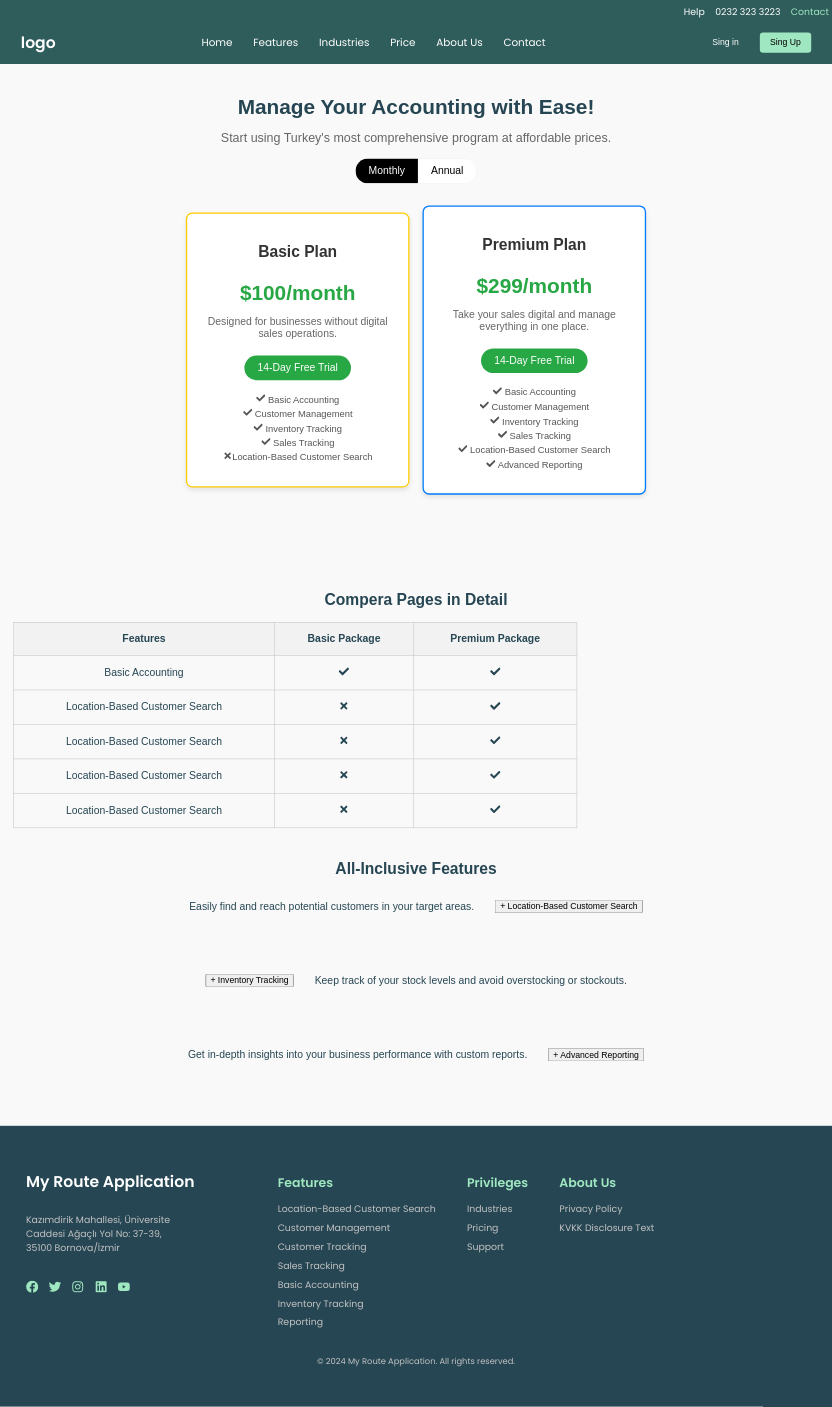
Repository: senolinanyasar/myrouteapplication
Page: /pricing
The author's editor kept a copy of each file at every save. The page is drawn from the files as they stood at one save, then again after the next save.
The browser window is 1280 px wide. The pictures show the whole page, at 65% of full size.
The project was rebuilt for these pictures with package versions that can differ from the ones it lists, and the page was loaded fresh each time. Also part of the build but not shown: vite.config.js, src/components/HeroSection.css, src/components/HeroSection.js, src/components/FeaturesSection.js, src/components/PricingSection.css, src/components/PricingSection.js, src/components/SupportSection.css, src/components/SupportSection.js and 3 more.

Above is the page before, as saved 2024-11-16 21:43:47.

### src/index.css
@import url('https://fonts.googleapis.com/css2?family=Poppins:wght@400;600&display=swap');

body {
  font-family: 'Poppins', sans-serif;
  color: #264653;
  background-color: #f1faee;
  margin: 0;
  padding: 0;
  box-sizing: border-box;
}

code {
  font-family: source-code-pro, Menlo, Monaco, Consolas, 'Courier New',
    monospace;
}

### src/App.js
import React from 'react';
import { BrowserRouter as Router, Route, Routes } from 'react-router-dom';
import Header from './components/Header';
import HomePage from './components/HomePage';
import PricingPage from './components/PricingPage';
import TopBar from './components/TopBar';
import Footer from './components/Footer';


function App() {
  return (
    <Router>
      <TopBar/>
      <Header />
      <Routes>
        <Route path='/' element={<HomePage />} />
        <Route path='/pricing' element={<PricingPage />} />

      </Routes>
      <Footer/>
    </Router>

  );
}

export default App;

### src/components/Header.js
// Header.js
import React from 'react';
import './Header.css';
import { Link } from 'react-router-dom';

const Header = () => {
    return (
        <header className="header">
            <div className="header-logo">logo</div>
            <nav className="header-nav">

                    <Link to="/">Home</Link>
                    <Link to="/features">Features</Link>
                    <Link to="/industries">Industries</Link>
                    <Link to="/pricing">Price</Link>
                    <Link to="/aboutus">About Us</Link>
                    <Link to="/contact">Contact</Link>



            </nav>
            <div className="header-buttons">
                <button className="login-button">Sing in</button>
                <button className="register-button">Sing Up</button>
            </div>
        </header>
    );
};


export default Header;

### src/components/PricingPage.js
// PricingPage.js

import React, { useState } from "react";
import './PricingPage.css';
import { FaCheck, FaTimes } from "react-icons/fa";


const PricingPage = () => {
    const [isAnnual, setIsAnnual] = useState(false);

    return (
        <section className="pricing-page">
            <div className="pricing-header">
                <h1>Manage Your Accounting with Ease!</h1>
                <p>Start using Turkey's most comprehensive program at affordable prices.</p>
                <div className="toggle-buttons">
                    <button
                        className={`toggle-btn ${!isAnnual ? "active" : ""}`}
                        onClick={() => setIsAnnual(false)}
                    >
                        Monthly
                    </button>
                    <button
                        className={`toggle-btn ${isAnnual ? "active" : ""}`}
                        onClick={() => setIsAnnual(true)}
                    >
                        Annual
                    </button>
                </div>
            </div>
            <div className="pricing-plans">
                <div className="plan basic-plan">
                    <h3>Basic Plan</h3>
                    <p className="price">
                        {isAnnual ? "$1,000/year" : "$100/month"}
                    </p>
                    <p className="subtext">
                        Designed for businesses without digital sales operations.
                    </p>
                    <button className="try-button">14-Day Free Trial</button>
                    <ul>
                        <li><FaCheck /> Basic Accounting</li>
                        <li><FaCheck /> Customer Management</li>
                        <li><FaCheck /> Inventory Tracking</li>
                        <li><FaCheck /> Sales Tracking</li>
                        <li><FaTimes className="not-included" />Location-Based Customer Search</li>
                    </ul>
                </div>
                <div className="plan premium-plan">
                    <h3>Premium Plan</h3>
                    <p className="price">
                        {isAnnual ? "$3,000/year" : "$299/month"}
                    </p>
                    <p className="subtext">
                        Take your sales digital and manage everything in one place.
                    </p>
                    <button className="try-button">14-Day Free Trial</button>

                    <ul>
                        <li><FaCheck /> Basic Accounting</li>
                        <li><FaCheck /> Customer Management</li>
                        <li><FaCheck /> Inventory Tracking</li>
                        <li><FaCheck /> Sales Tracking</li>
                        <li><FaCheck /> Location-Based Customer Search</li>
                        <li><FaCheck /> Advanced Reporting</li>
                    </ul>
                </div>
            </div>


            <div className="comparison-table">
                <h2>Compera Pages in Detail</h2>
                <table>
                    <thead>
                        <tr>
                            <th>Features</th>
                            <th>Basic Package</th>
                            <th>Premium Package</th>
                        </tr>
                    </thead>
                    <tbody>
                        <tr>
                            <td>Basic Accounting</td>
                            <td><FaCheck /></td>
                            <td><FaCheck /></td>
                        </tr>
                        <tr>
                            <td>Location-Based Customer Search</td>
                            <td><FaTimes className="not-included" /></td>
                            <td><FaCheck /></td>
                        </tr>
                        <tr>
                            <td>Location-Based Customer Search</td>
                            <td><FaTimes className="not-included" /></td>
                            <td><FaCheck /></td>
                        </tr>
                        <tr>
                            <td>Location-Based Customer Search</td>
                            <td><FaTimes className="not-included" /></td>
                            <td><FaCheck /></td>
                        </tr>
                        <tr>
                            <td>Location-Based Customer Search</td>
                            <td><FaTimes className="not-included" /></td>
                            <td><FaCheck /></td>
                        </tr>
                    </tbody>
                </table>
            </div>

            <div className="features-expand">
                <h2> All-Inclusive Features</h2>
                <div className="feature">
                    <button className="feature-toggle">+ Location-Based Customer Search</button>
                    <p className="feature-description">Easily find and reach potential customers in your target areas.</p>
                </div>
                <div className="feature">
                    <button className="feature-toggle">+  Inventory Tracking</button>
                    <p className="feature-description">Keep track of your stock levels and avoid overstocking or stockouts.</p>
                </div>
                <div className="feature">
                    <button className="feature-toggle">+ Advanced Reporting</button>
                    <p className="feature-description">Get in-depth insights into your business performance with custom reports.</p>
                </div>
            </div>
        </section>
    );

};

export default PricingPage;

### src/components/TopBar.js
// TopBar.js
import React from 'react';
import './TopBar.css';

const TopBar = () => {
    return (
        <div className="top-bar">
            <div className="top-bar-content">
                <span>Help</span>
                <span>0232 323 3223</span>
                <a href="#contact">Contact</a>
            </div>
        </div>
    );
};

export default TopBar;

### src/components/Footer.js
// Footer.js

import React from 'react';
import './Footer.css';
import { FaFacebook, FaInstagram, FaLinkedin, FaTwitter, FaYoutube } from 'react-icons/fa';

const Footer = () => {
    return (
        <footer className="footer">
            <div className='footer-content'>
                <div className='footer-left'>
                    <div className='footer-logo'>
                        <h2>My Route Application</h2>
                    </div>
                    <p>Kazımdirik Mahallesi, Üniversite <br />Caddesi Ağaçlı Yol No: 37-39, <br />35100 Bornova/İzmir</p>
                    <div className='social-icons'>
                        <FaFacebook />
                        <FaTwitter />
                        <FaInstagram />
                        <FaLinkedin />
                        <FaYoutube />
                    </div>
                </div>

                <div className="footer-right">
                <br/><br/><br/><br/>
                    <div className='footer-section'>
                        <h4>Features</h4>
                        <ul>
                            <li>Location-Based Customer Search</li>
                            <li>Customer Management</li>
                            <li>Customer Tracking</li>
                            <li>Sales Tracking</li>
                            <li>Basic Accounting</li>
                            <li>Inventory Tracking</li>
                            <li>Reporting</li>
                        </ul>
                    </div>

                    <div className="footer-section">
                        <h4>Privileges</h4>
                        <ul>
                            <li>Industries</li>
                            <li>Pricing</li>
                            <li>Support</li>
                        </ul>
                    </div>

                    <div className="footer-section">
                        <h4>About Us</h4>
                        <ul>
                            <li>Privacy Policy</li>
                            <li>KVKK Disclosure Text</li>
                        </ul>
                    </div>
                </div>
            </div>

            <div className="footer-bottom">
                <p>&copy; 2024 My Route Application. All rights reserved.</p>
            </div>
        </footer>
    );
};

export default Footer;

### src/components/Header.css
/* Header.css */
.header{
    display: flex;
    justify-content: space-between;
    align-items: center;
    padding: 1rem 2rem;
    background-color: #2f5d5b;
    color: white;
    margin-top: 2rem;
    position: sticky;
    top: 2rem;
    z-index: 999;
}


.header-logo {
    font-size: 1.5rem;
    font-weight: bold;
}
.header-nav a{
    margin: 0 1rem;
    color: white;
    text-decoration: none;
}
.header-nav a:hover {
    color: #e9c46a;
  }

.header-buttons button{
    margin-left: 1rem;
    padding: 0.5rem 1rem;
    border: none;
    border-radius: 5px;
}

.login-button{
    background-color: #2f5d5b;
    color: white;
}

.register-button{
    background-color: #9fe7c0;
    color: black;
}

### src/components/PricingPage.css
/* PricingPage.css */

.pricing-page{
    font-family: "Arial",sans-serif;
    padding: 20px;
    text-align: center;
    background-color: #f9f9f9;
    text-align: center;
}

.pricing-header{
    text-align: center;
    margin-bottom: 30px;
}
.pricing-header h1{
    font-size: 2rem;
    font-weight: bold;
    margin-bottom: 10px;
}

.pricing-header p{
    margin-bottom: 20px;
    color: #666;
    font-size: 1.2rem;
}

.toggle-buttons{
    display: inline-block;
    background-color: #e9e9e9;
    border-radius: 20px;
    overflow: hidden;
}

.toggle-btn{
    padding: 10px 20px;
   font-size: 1rem;
    cursor: pointer;
    color: #000;
    border: none;
    background:  #fff;
    transition: all 0.3s;
}
.toggle-buttons .active{
    background-color: #000;
    color: #fff;
}

.pricing-plans{
    display: flex;
    justify-content: center;
    gap: 20px;
    margin-top: 30px;
    align-items: center;

}

.plan {
    background: #fff;
    border: 1px solid #ddd;
    border-radius: 10px;
    padding: 20px;
    width: 300px;
    margin-bottom: 100px;
    text-align: center;
    transition: transform 0.3s ease;
    box-shadow: 0px 4px 8px rgba(0, 0, 0, 0.1);
}

.plan:hover{
    transform: scale(1.05);
}
.plan h3{
    font-size: 1.5rem;
    color: #333;
    margin-bottom: 10px;
}

.plan .price{
    font-size: 2rem;
    font-weight: bold;
    color: #28a745;
    margin-bottom: 10px;
}

.plan .subtext{
    font-size: 1rem;
    color: #666;
    margin-bottom: 15px;
}



.plan ul{
    list-style: none;
    padding: 0;
    margin-top: 20px;
}

.plan ul li{
    color: #555;
    font-size: 0.9rem;
    margin-bottom: 5px;
}

.try-button{
    background: #28a745;
    color: #fff;
    padding: 10px 20px;
    border: none;
    border-radius: 20px;
    cursor: pointer;
    font-size: 1rem;
    margin-top: 10px;
    transition: transform 0.3s ease;
}

.try-button:hover{
    background: #218838;
}
.basic-plan{
    border: 2px solid #ffcc00;
}
.premium-plan{
    border: 2px solid #007bff;
}
.comparison-table{
    margin-top: 3rem;
    text-align: center;
}

.comparison-table table{

    width: 70%;
    border-collapse: collapse;
}

.comparison-table th,
.comparison-table td{
    padding: 1rem;
    border: 1px solid #ccc
}

.comparison-table th{
    background-color: #f2f2f2;
}

.comparison-table td{
    text-align: center;
}

.features-expand{
    margin-top: 3rem;
}

.feture{
    margin-top: 1rem;
}


.feture-toggle{
    background: none;
    border: none;
    font-size: 1rem;
    font-weight: bold;
    color: #2a9d8f;
    cursor: pointer;
    display: block;
    text-align: left;
    padding: 0.5rem;
}

.feture-description{
    display: none;
    color: #6d6d6d;
    font-size: 0.9rem;
    margin-top: 0.5rem;
}

.feture-toggle:focus + .feture-description,
.feture-toggle:hover + .feture-description{
    display: block;
}

### src/components/TopBar.css
/* TopBar.css */

.top-bar {
    background-color: #2f5d5b;
    color: white;
    padding: 0.5rem;
    font-size: 0.9rem;
    display: flex;
    justify-content: center;
    position: fixed;
    top: 0;
    width: 99%;
    z-index: 1000;
}
.top-bar-content {
    display: flex;
    gap: 1rem;
    align-items: center;
    justify-content: flex-end;
    width: 100%;
}

.top-bar-content span{
    color: #ffffff;
}
.top-bar-content a{
    color: #9fe7c0;
    text-decoration: none;
    transition: color 0.3s;
}

.top-bar-content a:hover{
    color: #c3f2d0;
}

### src/components/Footer.css
/* Footer.css */

.footer {
    background-color: #264653;
    color: #ffffff;
    padding: 3rem 2rem;
}
.footer-content{
    display: flex;
    max-width: 1200px;
    justify-content: space-around;
    margin: 0 auto;
}

.footerleft{
    flex: 1;
    max-width: 300px;
}

.footer-logo h2{
    font-size: 1.5rem;
    color: #ffffff;
    margin-bottom: 2rem;
}


.footer-left p{
    color: #c3c3c3;
    font-size: 0.9rem;
    margin-bottom: 2.5rem;
}

.social-icons{
    display: flex;
    gap: 1rem;
    font-size: 1.2rem;
}


.social-icons svg{
    color: #9fe7c0;
    cursor: pointer;
    transition: color 0.3s ease;
}
.social-icons svg:hover {
    color: #c3f2d0;
}

.footer-right{
    display: flex;
    gap: 3rem;
    flex: 2;
    margin-left: 5rem;
}

.footer-section{
    text-align: left;
}
.footer-section h4{
    font-size: 1.2rem;
    color: #9fe7c0;
    margin-bottom: 1rem;
}
.footer-section ul{
    list-style: none;
    padding: 0;
    margin: 0;

}

.footer-section ul li{
    font-size: 0.9rem;
    margin-bottom: 0.5rem;
    color: #c3c3c3;
    cursor: pointer;
    transition: color 0.3s ease;
}

.footer-sectionul li:hover{
    color: #ffffff;
}

.footer-bottom{
    text-align: center;
    font-size: 0.8rem;
    color: #c3c3c3;
    margin-top: 2rem;
}

### src/components/FeaturesSection.css
/* FeaturesSection.css */
.features-section {
    padding: 4rem 2rem;
    text-align: center;
}

.features-title {
    font-size: 2rem;
    font-weight: 600;
    color: #264653;
    margin-bottom: 3rem;
    line-height: 1.2;
}



.feature {
    display: flex;
    align-items: center;
    justify-content: center;
    gap: 2rem;
    margin-bottom: 4rem;
    flex-direction: row;
}

.feature:nth-child(even) {
    flex-direction: row-reverse;
}

.feature-text {
    flex: 1;
    max-width: 500px;
    text-align: left;
}

.features h3 {
    font-size: 1.8rem;
    font-weight: 600;
    color: #264653;
    margin-bottom: 1rem;
}

.feature-text p {
    font-size: 1.1rem;
    color: #6d6d6d;
    margin-bottom: 1.5rem;
}

.cta-button {
    padding: 0.8rem 1.5rem;
    font-size: 1rem;
    color: #2f5d5b;
    background-color: #9fe7c0;
    border: none;
    border-radius: 5px;
    cursor: pointer;
    transition: background-color 0.3s ease;
    text-align: center;
}

.cta-button:hover {
    background-color: #c3f2d0;
}

.feature-image {
    flex: 1;
    max-width: 400px;
    height: auto;
}

.feature-image img {
    width: 100%;
    height: auto;
    object-fit: cover;
    border-radius: 10px;
}

Loaded but not shown: public/index.html (common file); src/index.js (common file); src/reportWebVitals.js (common file)

After the next save:
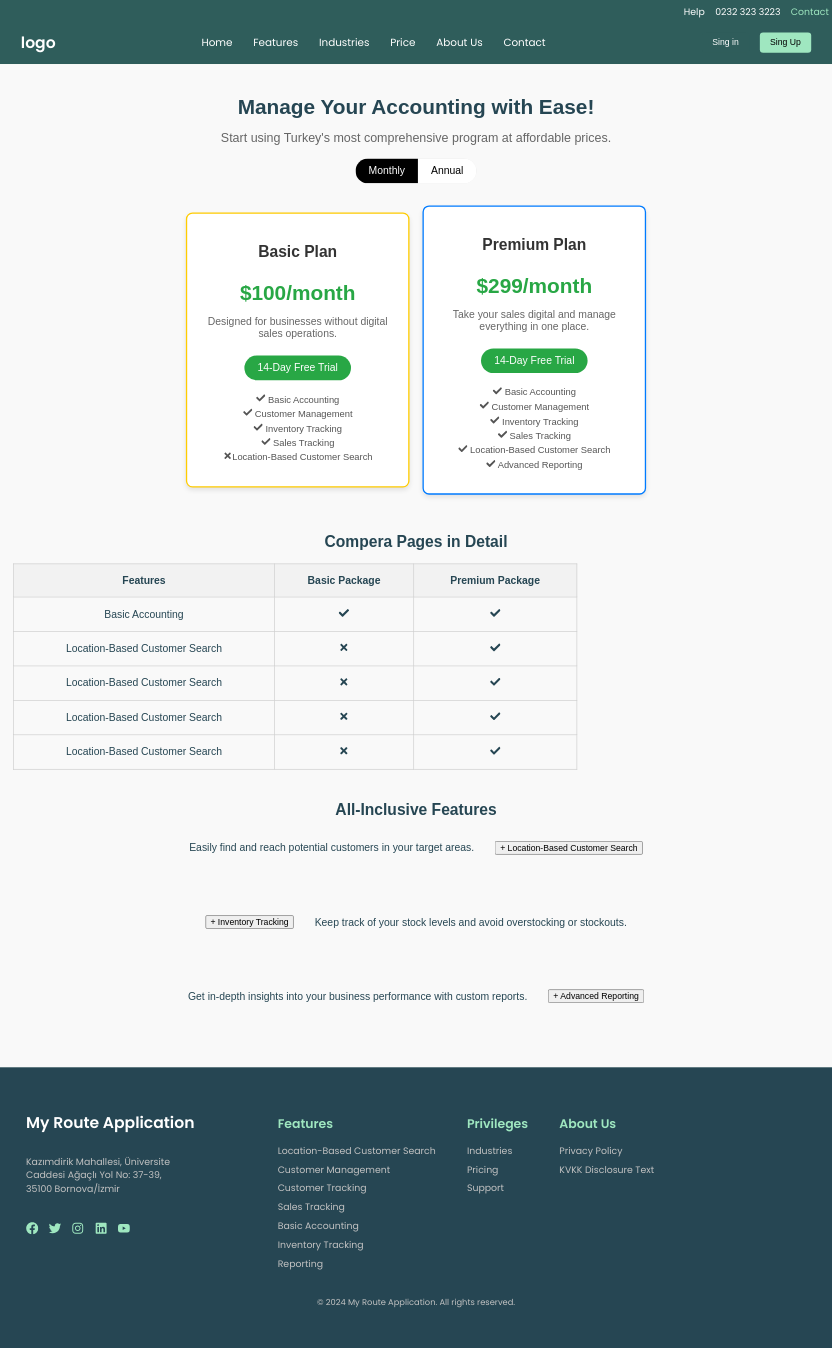
Saved 8 s later.
--- a/src/components/PricingPage.css
+++ b/src/components/PricingPage.css
@@ -60,7 +60,7 @@
     border-radius: 10px;
     padding: 20px;
     width: 300px;
-    margin-bottom: 100px;
+    margin-bottom: 10px;
     text-align: center;
     transition: transform 0.3s ease;
     box-shadow: 0px 4px 8px rgba(0, 0, 0, 0.1);
